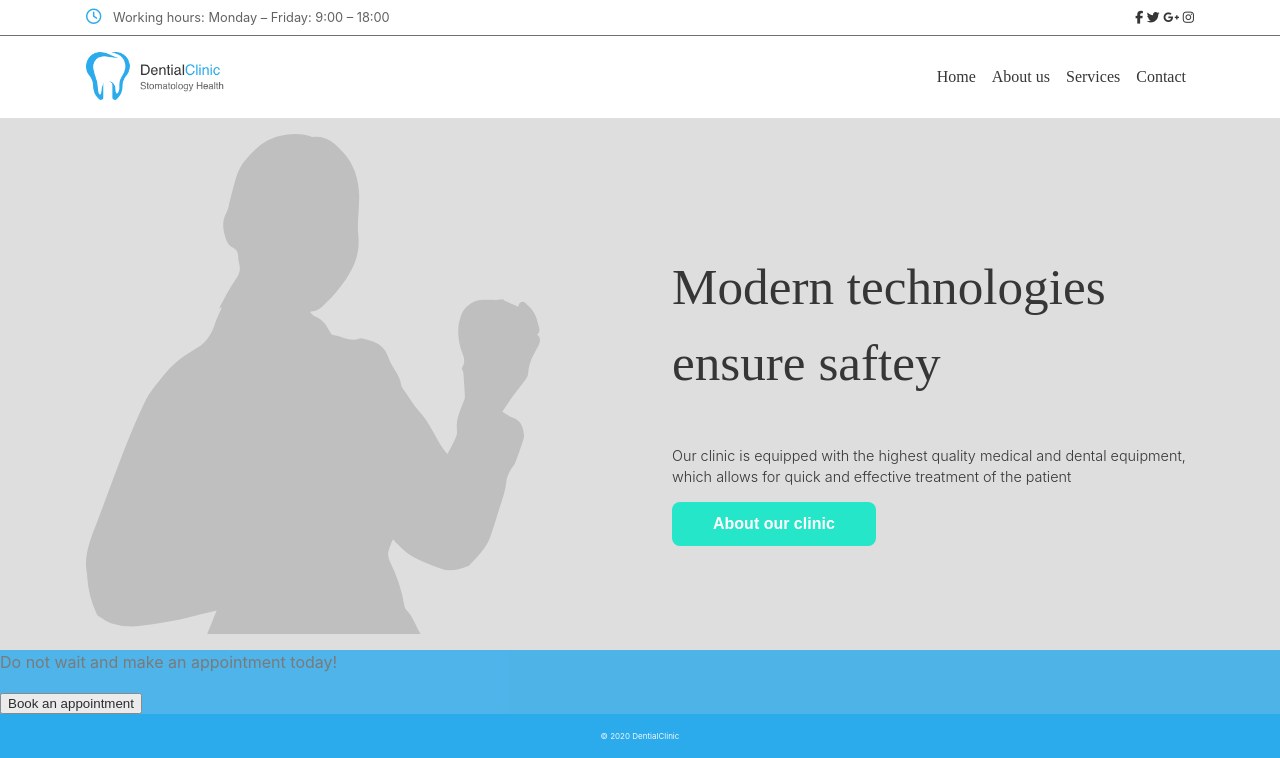
Repository: skepp4rn/uppgift1
Page: index.html
An editor plug-in stored every save of this project. The page is shown before and after the next save, followed by the edit.
The browser window is 1280 px wide. The pictures show the whole page.
Some web libraries are served in a nearby version.

Above is the page before, as saved 2020-12-01 17:42:27.

### index.html
<!DOCTYPE html>
<html lang="en">
<head>
    <meta charset="UTF-8">
    <meta name="viewport" content="width=device-width, initial-scale=1.0">
    <title>Document</title>

    <script src="https://kit.fontawesome.com/0abbda2fd3.js" crossorigin="anonymous"></script>
    <link rel="stylesheet" href="style.css">
</head>
<body>

    <nav class="navbar-top collapse">
        <div class="container">
            <div class="hours">
                <i class="far fa-clock"></i>
                Working hours: Monday – Friday: 9:00 – 18:00
            </div>
            <div class="#">
                <a href="#"><i class="fab fa-facebook-f"></i></a>
                <a href="#"><i class="fab fa-twitter"></i></a>
                <a href="#"><i class="fab fa-google-plus-g"></i></a>
                <a href="#"><i class="fab fa-instagram"></i></a>
            </div>
        </div>
    </nav>

    <nav class="navbar ">
        <div class="container">
            <a class="navbar-brand" href="#" >
                <img src="images/Logo.png" alt="">
            </a>
            <button class="navbar-toggler">
                <i class="fas fa-bars"></i>
            </button>
            <div class="collapse navbar-collapse">
                <div class="navbar-nav">
                    <a class="nav-link" href="#">Home</a>
                    <a class="nav-link" href="#">About us</a>
                    <a class="nav-link" href="#">Services</a>
                    <a class="nav-link" href="#">Contact</a>
                </div>
            </div>
        </div>
    </nav>

    <section id="showcase" class="bg-gray">
        <div class="container">
            <img src="images/placehold-girl.svg" alt="">
            <div class="content-box">
                <div class="content">
                    <h1>Modern technologies ensure saftey</h1>
                    <p>Our clinic is equipped with the highest quality medical and dental equipment, which allows for quick and effective treatment of the patient</p>
                    <button class="btn btn-green">About our clinic</button>
                </div>
            </div>
        </div>
    </section>












   <div class="grid">
        <section id="appointment">
            <div class="overlay">
                <p>Do not wait and make an appointment today!</p>
                <button>Book an appointment</button>
            </div>
        </section>
        <footer class="bg-blue">© 2020 DentialClinic</footer>
    </div>

</body>
</html>

### style.css
* {
    box-sizing: border-box;
}

html, body {
    font-weight: 400;
    font-family: -apple-system, BlinkMacSystemFont, 'Segoe UI', Roboto, Oxygen, Ubuntu, Cantarell, 'Open Sans', 'Helvetica Neue', sans-serif;
    line-height: 1.5;
    font-size: 16px;
    margin: 0;
    padding: 0;
    color: #626262;
}

.border {
    border: 1px solid black;
}

a {
    color: #363636;
    text-decoration: none;
    background-color: transparent;
}

a:hover {
    color: #25E6C8;
}

.bg-dark {
   background: #333333;
   color: #ffffff;
}

.bg-light {
    background: #f7f7f7;
    color: #333333;
}

.bg-gray {
    background-color: #DEDEDE;

}



.btn {
    display: inline-block;
    font-weight: 400;
    text-align: center;
    vertical-align: middle;
    padding: 0.75rem 2.5rem;
    border-radius: 0.5rem;
    border: 1px solid transparent;
    background-color: transparent;
    font-size: 1rem;

}

.btn-green {
    color: #ffffff;
    background-color: #25E6C8;
    font-weight: bold;


}

.btn-green:hover {
    cursor: pointer;
    background-color: #2BAAEC;
}



.collapse:not(.show) {
    display: none;
}

.container {
    width: 100%;
    padding: 0 1rem;
    margin: 0 auto;
}

.navbar-top {
    border-bottom: 1px solid #707070;
}

.navbar, .navbar-top {
    display: flex;
    justify-content: space-between;
    padding: 0.5rem 1rem;
}

.navbar .container, .navbar-top .container {
    display: flex;
    justify-content: space-between;
    align-items: center;
}

.navbar-top .container {
    font-size: 0.8rem;
}

.navbar-top .container .hours {
    color:#626262;
}

.navbar-top .container .hours i {
    color: #2BAAEC;
    margin-right: 0.5rem;
    font-size: 1.2em;
}

.navbar-top .container .socialmedia a {
    margin: 0 0.5rem;

}

.navbar-brand {
    display: inline-block;
    font-size: 1.5rem;
    color: black;
    margin-right: 1rem;
}

.navbar-brand img {
    height: 3rem;
    margin-top: 0.5rem;
}

.navbar-toggler {
    font-size: 2.5rem;
    color:#2BAAEC;
    background-color: transparent;
    border: 1px solid transparent;
}

.navbar-collapse {
    align-items: center;
}

.navbar-nav {
    display: flex;
    flex-direction: column;
    font-family: 'Roboto Slab', serif;

}

.nav-link {
    padding: 0;
    text-decoration: none;
}



#showcase .container {
    display: grid;
    grid-template-columns: 1fr 1fr;
    column-gap: 4rem;

    align-items: center;
}

#showcase .container img {
    height: 500px;
    margin-top: 1rem;
}

#showcase .container .content-box {
    align-self: center;
    color: #363636;
    font-weight: 300;
}

.content-box .content h1 {
    font-size: 3.2rem;
    font-family: 'Roboto Slab', serif;
    font-weight: 300;

}

.content-box .content p {
    font-size: 0.9rem;
}


.grid {
    display: grid;

    grid-template-columns: 1fr;
    grid-template-areas:    "he"
                            "sh"
                            "ab"
                            "se"
                            "ap"
                            "fo";
}


#appointment {
    background-color: #DEDEDE;
}

.overlay {
    opacity: 80%;
    background-color: #2BAAEC;
}


footer {
    background-color: #2BAAEC;
    color: #f3fbff;
    text-align: center;
    padding: 1rem 0rem;
    font-size: 0.5rem;

}










@media (min-width: 768px) {
    .nav-link {
        padding-right: 0.5rem;
        padding-left: 0.5rem;
    }

    .navbar-nav {
        flex-direction: row;
    }

    .navbar-toggler {
        display: none;
    }

    .collapse:not(.show) {
        display: flex;
    }

    .container {
        max-width: 720px;
    }

}

@media (min-width: 992px) {
    .container {
        max-width: 960px;
    }
}

@media (min-width: 1200px) {
    .container {
        max-width: 1140px;
    }
}

After the next save:
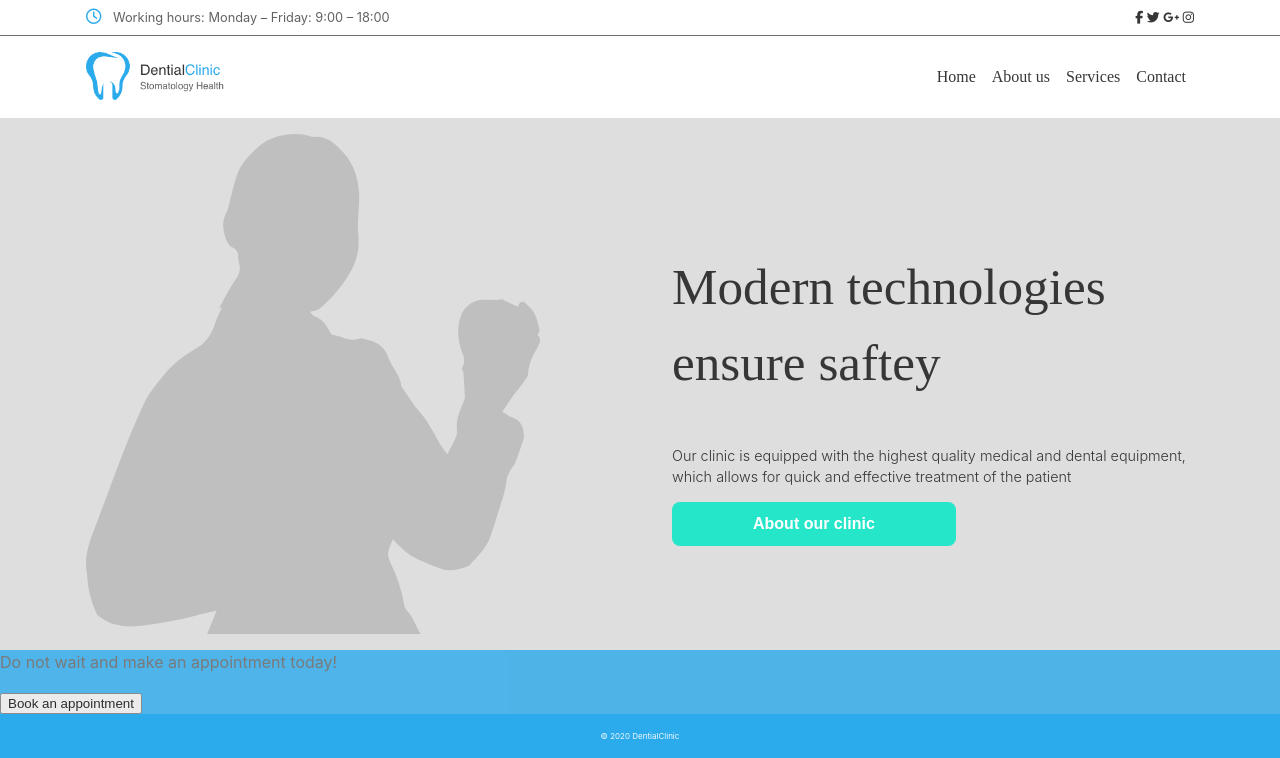
Saved 4 s later.
--- a/style.css
+++ b/style.css
@@ -48,7 +48,7 @@
     font-weight: 400;
     text-align: center;
     vertical-align: middle;
-    padding: 0.75rem 2.5rem;
+    padding: 0.75rem 5rem;
     border-radius: 0.5rem;
     border: 1px solid transparent;
     background-color: transparent;

After the save that followed:
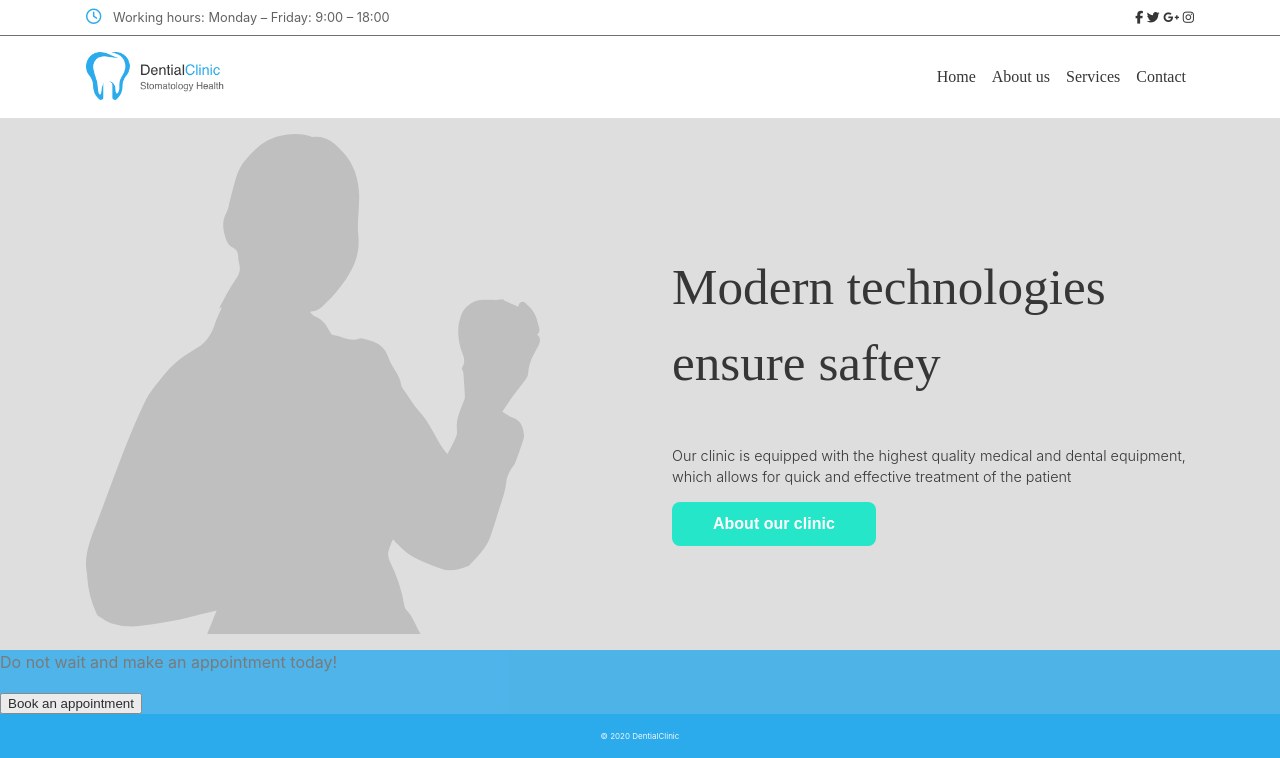
Saved 4 s later.
--- a/style.css
+++ b/style.css
@@ -48,7 +48,7 @@
     font-weight: 400;
     text-align: center;
     vertical-align: middle;
-    padding: 0.75rem 5rem;
+    padding: 0.75rem 2.5rem;
     border-radius: 0.5rem;
     border: 1px solid transparent;
     background-color: transparent;
